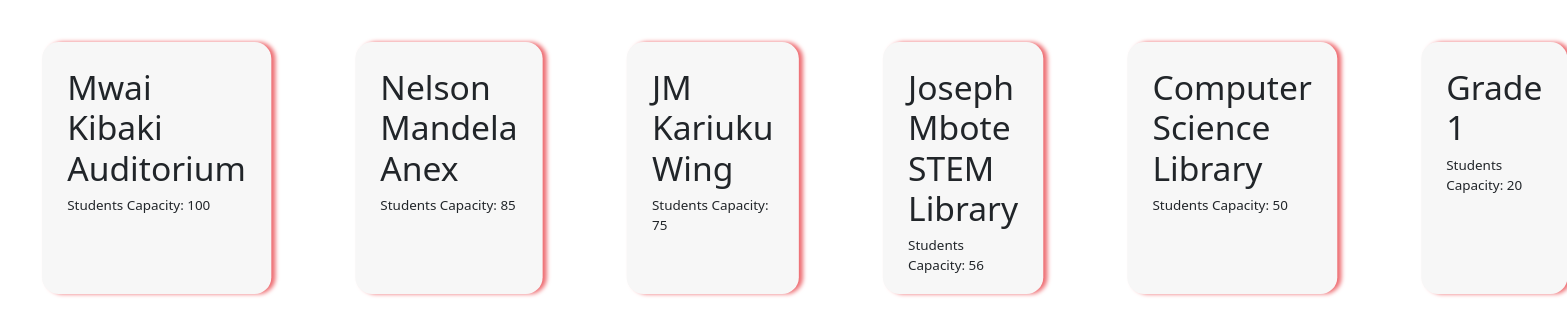
Repository: Mbote-Joseph/Library-Shelves-Books-Managements
Page: http://localhost/
An editor plug-in stored every save of this project. The page is shown before and after the next save, followed by the edit.
The browser window is 1280 px wide. The page is 1866 px wide, then 1579 px, so the pictures cover 1866 px, including what lies to the right of the window. The pictures show the whole page, at 84% of full size.
The page is served by the project's application, run on Django 5.2 (manage.py). Other server files are loaded and not shown. The page reads the database file committed with the project.

Above is the page before, as saved 2025-12-30 18:09:45.

### books/templates/books/library_view.html
{% extends "base.html" %}

{% block title %}
    Libraries List
{% endblock %}


{% block content %}
    <div class="cards">
    {% for library in libraries %}
        <div class ="library">
            <h1> {{library.name}} </h1>
            <p> Students Capacity: {{library.students_capacity}} </p>
        </div>
    {% endfor %}
    </div>
{% endblock %}

### static/templates/base.html
{% load static %}
<!doctype html>
<html lang="en">
  <head>
    <meta charset="utf-8">
    <meta name="viewport" content="width=device-width, initial-scale=1">
    <title>
        {% block title %}

        {% endblock %}
    </title>
    <link href="https://cdn.jsdelivr.net/npm/bootstrap@5.3.8/dist/css/bootstrap.min.css" rel="stylesheet" integrity="sha384-sRIl4kxILFvY47J16cr9ZwB07vP4J8+LH7qKQnuqkuIAvNWLzeN8tE5YBujZqJLB" crossorigin="anonymous">
    <link rel="stylesheet" type='text/css' href="{% static 'css/styles.css' %}">
  </head>
  <body>

    {% block content %}

    {% endblock %}


    <script src="https://cdn.jsdelivr.net/npm/bootstrap@5.3.8/dist/js/bootstrap.bundle.min.js" integrity="sha384-FKyoEForCGlyvwx9Hj09JcYn3nv7wiPVlz7YYwJrWVcXK/BmnVDxM+D2scQbITxI" crossorigin="anonymous"></script>
  </body>
</html>

### books/models.py
from django.db import models

# Create your models here.
class Library(models.Model):
    name = models.CharField(max_length=50)
    students_capacity = models.IntegerField()
    location = models.CharField(max_length=100)
    created_on = models.DateTimeField(auto_now_add=True)

    def __str__(self):
        return f"{self.name} - {self.location}"

class Shelf(models.Model):
    label = models.CharField(max_length=50)
    books_capacity = models.CharField()
    library = models.ForeignKey(Library, on_delete=models.CASCADE)
    created_on = models.DateTimeField(auto_now_add=True)

    def __str__(self):
        return f"{self.label} On {self.library} Library"

class Book(models.Model):
    title = models.CharField(max_length=100)
    author = models.CharField(max_length=100)
    isbn = models.CharField(max_length=10)
    description = models.TextField()
    is_published = models.BooleanField(default=False)
    is_new = models.BooleanField(default=False)
    shelf = models.ForeignKey(Shelf, on_delete=models.CASCADE)

    def __str__(self):
        return f"{self.title} By {self.author}"

### books/views.py
from django.shortcuts import render
from django.views.generic import ListView

from .models import Library, Shelf, Book

# Create your views here.
class LibraryListView(ListView):
    model = Library
    context_object_name = "libraries"
    queryset = Library.objects.all()
    template_name = 'books/library_view.html'

class ShelfListView(ListView):
    model = Shelf
    context_object_name = "shelves"
    queryset = Shelf.objects.all()
    template_name = 'books/shelf_view.html'


class BookListView(ListView):
    model = Book
    context_object_name = "books"
    queryset = Book.objects.all()
    template_name = 'books/book_view.html'

### learn/urls.py
"""
URL configuration for learn project.

The `urlpatterns` list routes URLs to views. For more information please see:
    https://docs.djangoproject.com/en/6.0/topics/http/urls/
Examples:
Function views
    1. Add an import:  from my_app import views
    2. Add a URL to urlpatterns:  path('', views.home, name='home')
Class-based views
    1. Add an import:  from other_app.views import Home
    2. Add a URL to urlpatterns:  path('', Home.as_view(), name='home')
Including another URLconf
    1. Import the include() function: from django.urls import include, path
    2. Add a URL to urlpatterns:  path('blog/', include('blog.urls'))
"""
from django.contrib import admin
from django.urls import path, include

urlpatterns = [
    path('admin/', admin.site.urls),
    path('', include('books.urls'))
]

### books/urls.py
from django.urls import path

from books.views import LibraryListView, ShelfListView, BookListView

urlpatterns = [
    path('', LibraryListView.as_view(), name = 'libraries'),
    path('shelf', ShelfListView.as_view(), name = 'shelves'),
    path('book', BookListView.as_view(), name="books")
]

### static/css/styles.css
/**
 * Copyright 2025 josephmbote
 *
 * Licensed under the Apache License, Version 2.0 (the "License");
 * you may not use this file except in compliance with the License.
 * You may obtain a copy of the License at
 *
 *     https://www.apache.org/licenses/LICENSE-2.0
 *
 * Unless required by applicable law or agreed to in writing, software
 * distributed under the License is distributed on an "AS IS" BASIS,
 * WITHOUT WARRANTIES OR CONDITIONS OF ANY KIND, either express or implied.
 * See the License for the specific language governing permissions and
 * limitations under the License.
 */

.library {
    width: 300px;
    /* min-width: 200px; */
    height: 300px;
    /* max-height: 400px; */
    background-color: #f7f7f7;
    box-shadow: 5px 0 5px 0 #ee6e73;
    border: none;
    margin: 50px;
    padding: 30px;
    border-radius: 20px;
}

.cards{
    display: flex;


}

### db.sqlite3 (the tables this page reads, as SQL)
CREATE TABLE "books_library" ("id" integer NOT NULL PRIMARY KEY AUTOINCREMENT, "name" varchar(50) NOT NULL, "students_capacity" integer NOT NULL, "location" varchar(100) NOT NULL, "created_on" datetime NOT NULL);
INSERT INTO "books_library" VALUES
(1, 'Mwai Kibaki Auditorium', 100, 'Administration Block', '2025-12-29 22:41:55.696199'),
(2, 'Nelson Mandela Anex', 85, 'NSC', '2025-12-29 22:42:34.244470'),
(3, 'JM Kariuku Wing', 75, 'SCC Department', '2025-12-30 11:00:04.766333'),
(4, 'Joseph Mbote STEM Library', 56, 'Technology House', '2025-12-31 18:37:10.968556'),
(5, 'Computer Science Library', 50, 'SCC', '2025-12-31 18:39:11.248294'),
(6, 'Grade 1', 20, 'Nairobi Annex', '2025-12-31 18:41:43.779190');

After the next save:
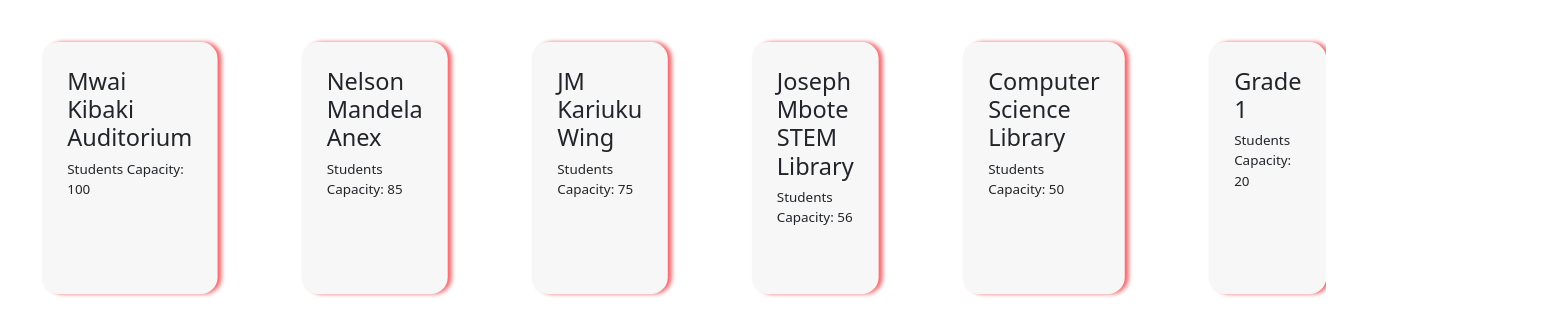
Saved 13 s later.
--- a/books/templates/books/library_view.html
+++ b/books/templates/books/library_view.html
@@ -9,7 +9,7 @@
     <div class="cards">
     {% for library in libraries %}
         <div class ="library">
-            <h1> {{library.name}} </h1>
+            <h3> {{library.name}} </h3>
             <p> Students Capacity: {{library.students_capacity}} </p>
         </div>
     {% endfor %}
